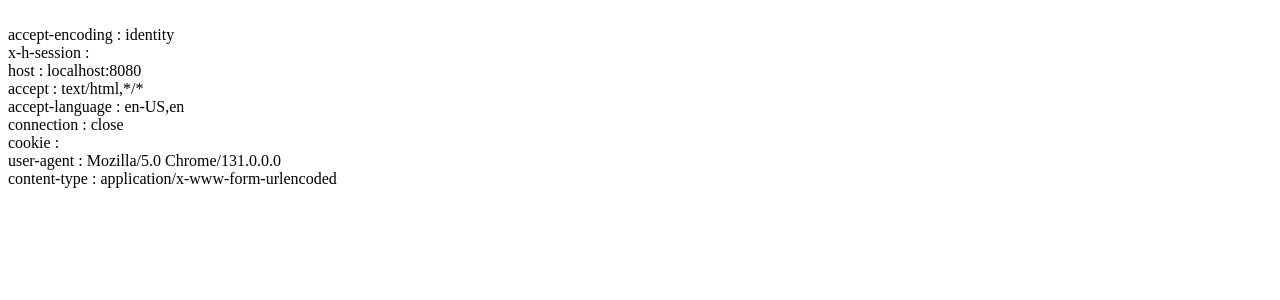
Repository: JungInBaek/Servlet-JSP
Page: http://localhost/edu/example21.jsp
An editor plug-in stored every save of this project. The page is shown before and after the next save, followed by the edit.
The browser window is 1280 px wide. The pictures show the whole page.
The page is served by Tomcat 9.

Above is the page before, as saved 2021-08-07 08:17:11.

After the next save:
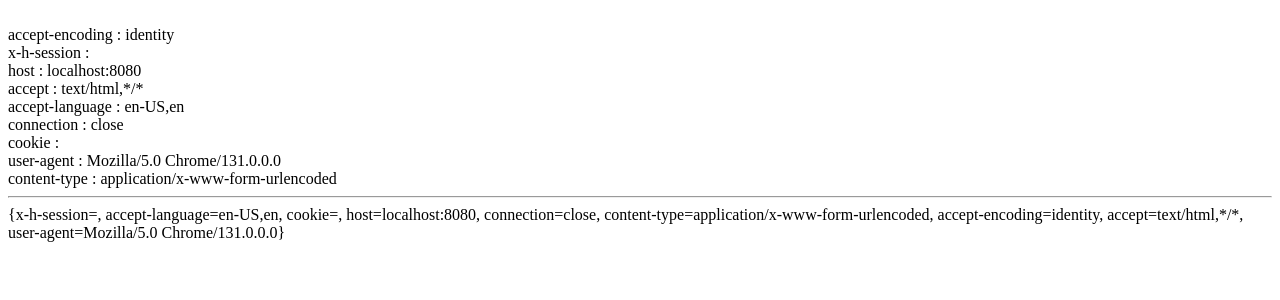
Saved 16 s later.
--- a/edu/src/main/webapp/example21.jsp
+++ b/edu/src/main/webapp/example21.jsp
@@ -14,5 +14,9 @@
 			out.print("<br/>" + key + " : " + request.getHeader(key));
 		}
 	%>
+
+	<hr/>
+
+	${header}
 </body>
 </html>
